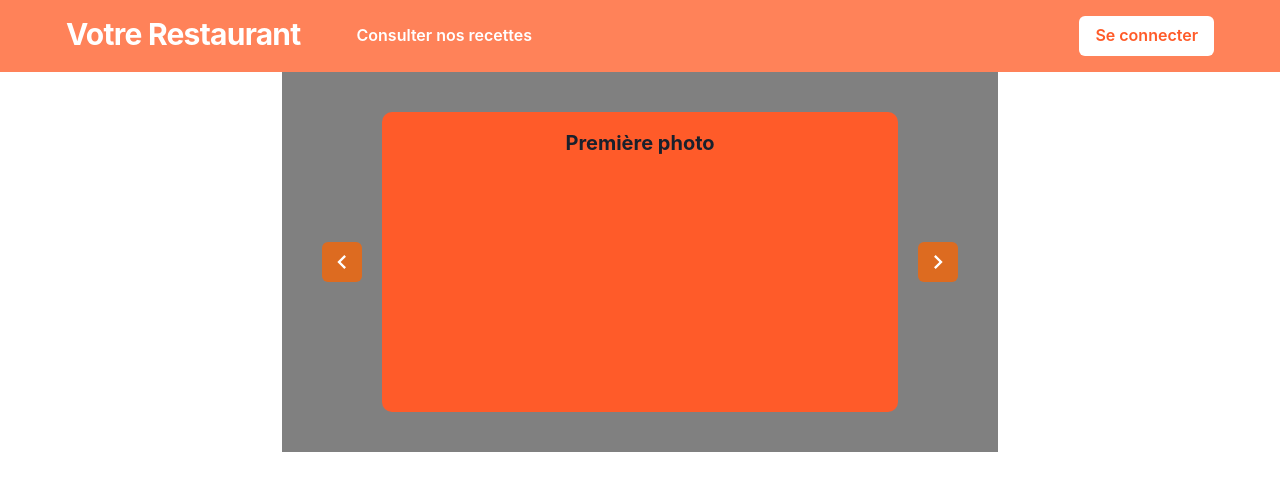
Repository: Ecaron76/tp-restau-next
Page: /
These files come from the project's save history. The page is drawn as it stood at one moment and after the next save; the edit follows.
The browser window is 1280 px wide. The pictures show the whole page.
The project was rebuilt for these pictures with package versions that can differ from the ones it lists, and the page was loaded fresh each time. The framework's server and built-in components were replaced by stand-ins that run in the browser. Also part of the build but not shown: next.config.mjs.

Above is the page before, as saved 2024-02-25 19:14:37.

After the next save:
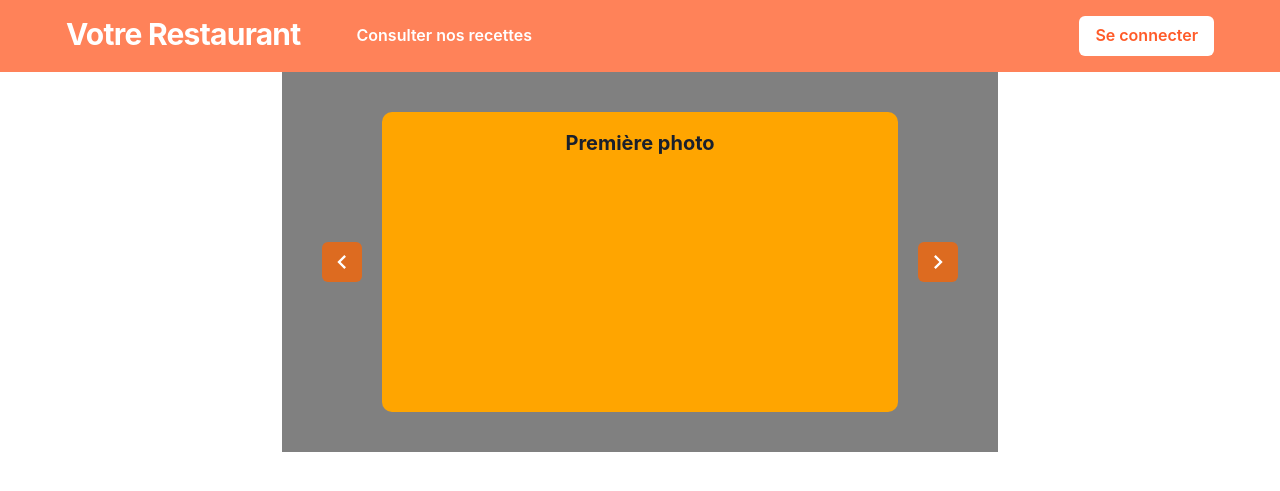
Saved 11 s later.
--- a/src/components/SliderResto/SliderResto.tsx
+++ b/src/components/SliderResto/SliderResto.tsx
@@ -27,7 +27,7 @@ export default function SliderResto() {
           size="md"
           aria-label="Précédent"
         />
-        <Box position="relative" textAlign="center" p={4} bg={'brand.400'} width={600} height={300} borderRadius={10}>
+        <Box position="relative" textAlign="center" p={4} bg={'orange'} width={600} height={300} borderRadius={10}>
           <Text fontSize="xl" fontWeight="bold" mb={2}>
             {slides[currentSlide].title}
           </Text>
